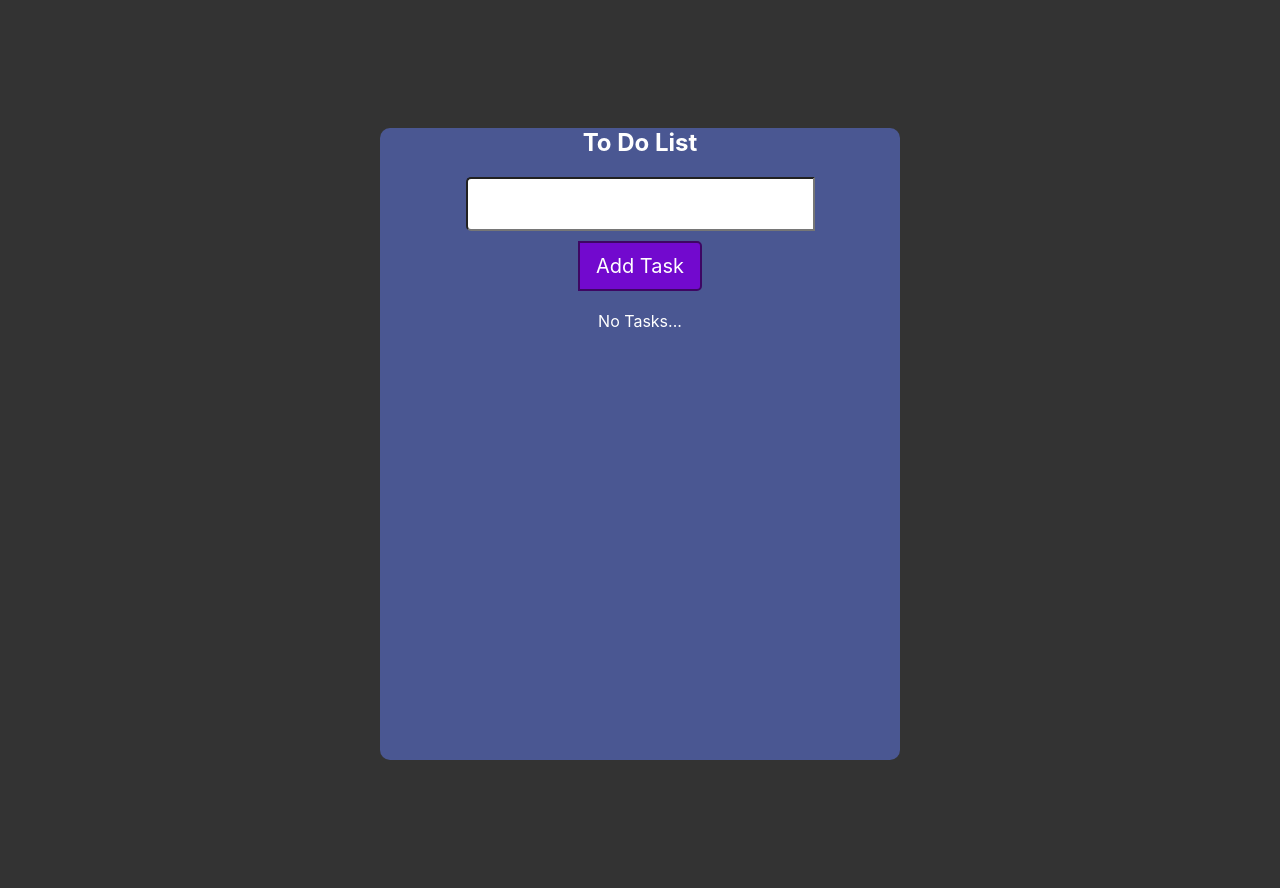
Repository: kirangautam45/ToDoList
Page: /
These files come from the project's save history. The page is drawn as it stood at one moment and after the next save; the edit follows.
The browser window is 1280 px wide. The pictures show the whole page.
The project was rebuilt for these pictures with package versions that can differ from the ones it lists, and the page was loaded fresh each time. Also part of the build but not shown: src/components/Update.js.

Above is the page before, as saved 2022-08-07 20:46:01.

### src/App.js
import { useState } from "react";
import TodoForm from "./components/TodoForm";
import Update from "./components/Update";
import ToDo from "./components/Todo";

import "./App.css";

function App() {
  // Tasks (To Do List) State
  const [toDo, setToDo] = useState([]);
  const [newTask, setNewTask] = useState("");
  const [updateData, setUpdateData] = useState("");

  // Add task
  const addTask = () => {
    if (newTask) {
      let num = toDo.length + 1;
      let newEntry = { id: num, title: newTask, status: false };
      setToDo([...toDo, newEntry]);
      setNewTask("");
    }
  };

  // Delete task
  const deleteTask = (id) => {
    let newTasks = toDo.filter((task) => task.id !== id);
    setToDo(newTasks);
  };

  // Mark task as completed
  const markDone = (id) => {
    let newTask = toDo.map((task) => {
      if (task.id === id) {
        return { ...task, status: !task.status };
      }
      return task;
    });
    setToDo(newTask);
  };

  // Cancel update
  const cancelUpdate = () => {
    setUpdateData("");
  };

  // Change task for update
  const changeTask = (e) => {
    let newEntry = {
      id: updateData.id,
      title: e.target.value,
      status: updateData.status ? true : false,
    };
    setUpdateData(newEntry);
  };

  // Update task
  const updateTask = () => {
    let filterRecords = [...toDo].filter((task) => task.id !== updateData.id);
    let updatedObject = [...filterRecords, updateData];
    setToDo(updatedObject);
    setUpdateData("");
  };
  // search task

  return (
    <div className="container">
      <h2>To Do List</h2>

      {updateData && updateData ? (
        <Update
          updateData={updateData}
          changeTask={changeTask}
          updateTask={updateTask}
          cancelUpdate={cancelUpdate}
        />
      ) : (
        <TodoForm newTask={newTask} setNewTask={setNewTask} addTask={addTask} />
      )}

      {toDo && toDo.length ? "" : "No Tasks..."}

      <ToDo
        toDo={toDo}
        markDone={markDone}
        setUpdateData={setUpdateData}
        deleteTask={deleteTask}
      />
    </div>
  );
}

export default App;

### src/components/TodoForm.js
import React from "react";

const TodoForm = ({ newTask, setNewTask, addTask }) => {
  return (
    <div>
      <div className="row">
        <div className="col">
          <input
            value={newTask}
            onChange={(e) => setNewTask(e.target.value)}
            className="form-control"
          />
        </div>
        <div className="col-auto">
          <button onClick={addTask} className="btn-success">
            Add Task
          </button>
        </div>
      </div>
      <br />
    </div>
  );
};

export default TodoForm;

### src/components/Todo.js
import React from "react";
import { FontAwesomeIcon } from "@fortawesome/react-fontawesome";
import {
  faCircleCheck,
  faPen,
  faTrashCan,
} from "@fortawesome/free-solid-svg-icons";
const Todo = ({ toDo, markDone, setUpdateData, deleteTask }) => {
  return (
    <div>
      {toDo &&
        toDo
          .sort((a, b) => (a.id > b.id ? 1 : -1))
          .map((task, index) => {
            return (
              <React.Fragment key={task.id}>
                <div className="col taskBg">
                  <div className={task.status ? "done" : ""}>
                    <span className="taskNumber">{index + 1}</span>
                    <span className="taskText">{task.title}</span>
                  </div>
                  <div className="iconsWrap">
                    <span
                      title="Completed / Not Completed"
                      onClick={(e) => markDone(task.id)}
                    >
                      <FontAwesomeIcon icon={faCircleCheck} />
                    </span>

                    {task.status ? null : (
                      <span
                        title="Edit"
                        onClick={() =>
                          setUpdateData({
                            id: task.id,
                            title: task.title,
                            status: task.status ? true : false,
                          })
                        }
                      >
                        <FontAwesomeIcon icon={faPen} />
                      </span>
                    )}

                    <span title="Delete" onClick={() => deleteTask(task.id)}>
                      <FontAwesomeIcon icon={faTrashCan} />
                    </span>
                  </div>
                </div>
              </React.Fragment>
            );
          })}
    </div>
  );
};

export default Todo;

### src/App.css
body {
  background-color: #333;
  color: #fff;
}

.container{

  flex-direction: column;
  justify-content: start;
  width: 520px;
  min-height: 600px;
  background: #4a5792;
  text-align: center;
  margin: 128px auto;
  border-radius: 10px;
  padding-bottom: 32px;
}

.taskBg {
  background-color: rgb(130, 94, 94);
  border-radius: 6px;
  margin-bottom: 20px;
  padding: 10px 140px 10px 15px;
  text-align: left;
  font-size: 22px;
  position: relative;
}

.taskBg div {
  display: flex;
  align-items: center;
}

.taskNumber {
  color: rgb(180, 84, 84);
  border: 1px solid rgb(108, 39, 39);
  border-radius: 50%;
  width: 26px;
  height: 26px;
  display: flex;
  text-align: center;
  font-size: 14px;
  margin-right: 8px;
  align-items: center;
  justify-content: center;
}

.taskBg .taskText {
  flex: 1;
}

.taskBg .done .taskText {
  text-decoration: line-through;
  opacity: 0.8;
}

.taskBg .iconsWrap {
  position: absolute;
  top: 50%;
  transform: translateY(-50%);
  right: 15px;
  width: auto;
  display: inline-block;
}

.taskBg .iconsWrap span {
  display: inline-block;
  margin: 0px 10px 0 10px;
  cursor: pointer;
  color: #94e2be;
}

.taskBg .iconsWrap span:hover {
  color: rgb(250, 250, 23);
}

.mr-20 {
  margin-right: 20px;
}
.btn-success{
  flex: 0.6;
    min-height: 50px;
    font-family: var(--font-family);
    font-weight: 400;
    font-size: 20px;
    line-height: 28px;
    background: #7209ce;
    border: 2px solid #3e0664;
    padding: 0 1rem;
    color: #fff;
    cursor: pointer;
    outline: none;
    margin-top: 2%;
    border-top-right-radius: 5px;
    border-bottom-right-radius: 5px;
}
.btn-warning{
  flex: 0.6;
  min-height: 50px;
  font-weight: 400;
  font-size: 20px;
  line-height: 28px;
  background: #FF4820;
  border: 2px solid #FF4820;
  padding: 0 1rem;
  color: #fff;
  margin-left: 10px;
  margin-top: 2%;
  cursor: pointer;
  outline: none;
  border-top-right-radius: 5px;
  border-bottom-right-radius: 5px;

}

.form-control{
  flex: 2;
  min-height: 50px;
  font-family: var(--font-family);
  font-weight: 400;
  font-size: 20px;
  line-height: 28px;
  padding: 0 1rem;
  outline: none;
  color: rgb(28, 27, 27);
  border-top-left-radius: 5px;
  border-bottom-left-radius: 5px;
}

Loaded but not shown: public/index.html (common file); src/index.js (common file); src/index.css (common file); src/reportWebVitals.js (common file)

After the next save:
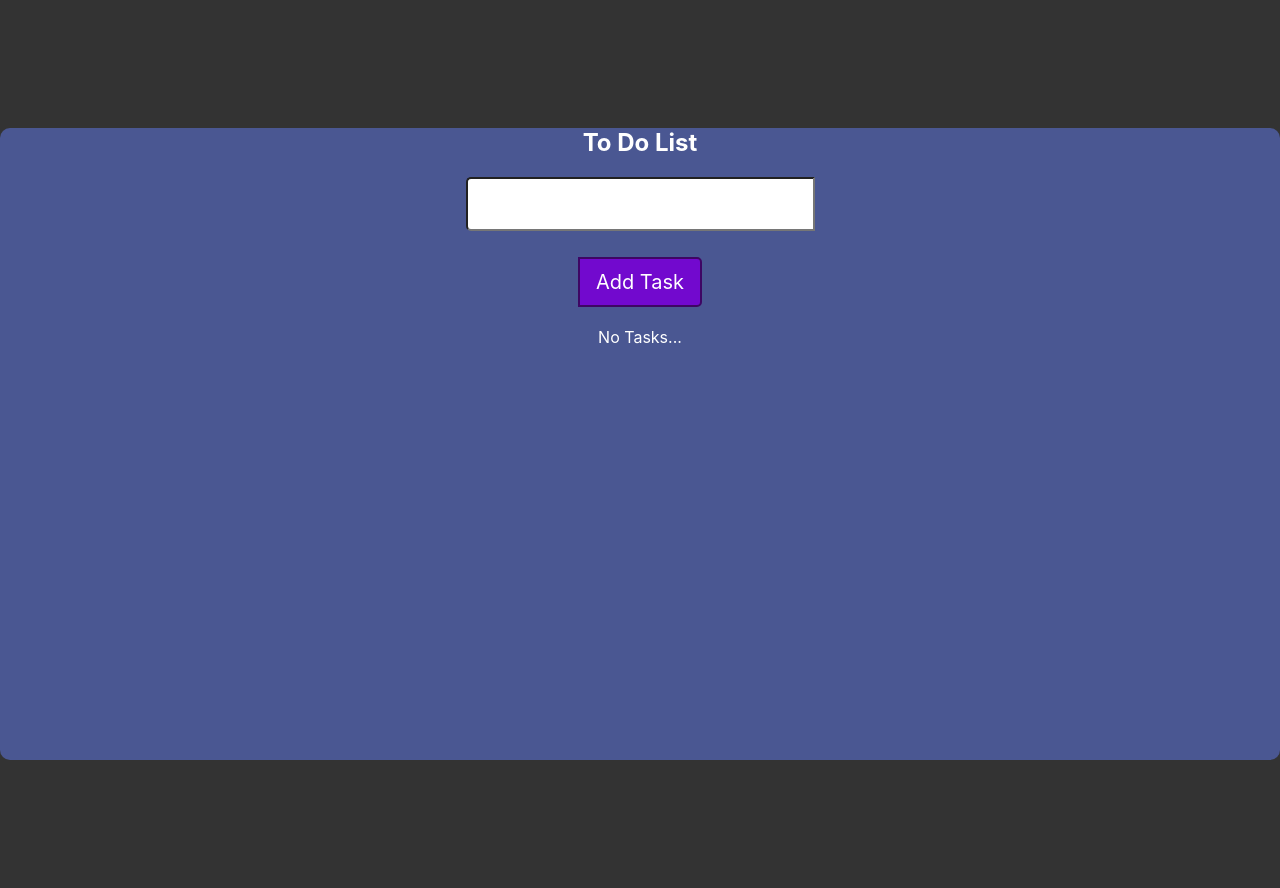
Saved 64 s later.
--- a/src/App.css
+++ b/src/App.css
@@ -7,7 +7,7 @@
 
   flex-direction: column;
   justify-content: start;
-  width: 520px;
+
   min-height: 600px;
   background: #4a5792;
   text-align: center;

After the save that followed:
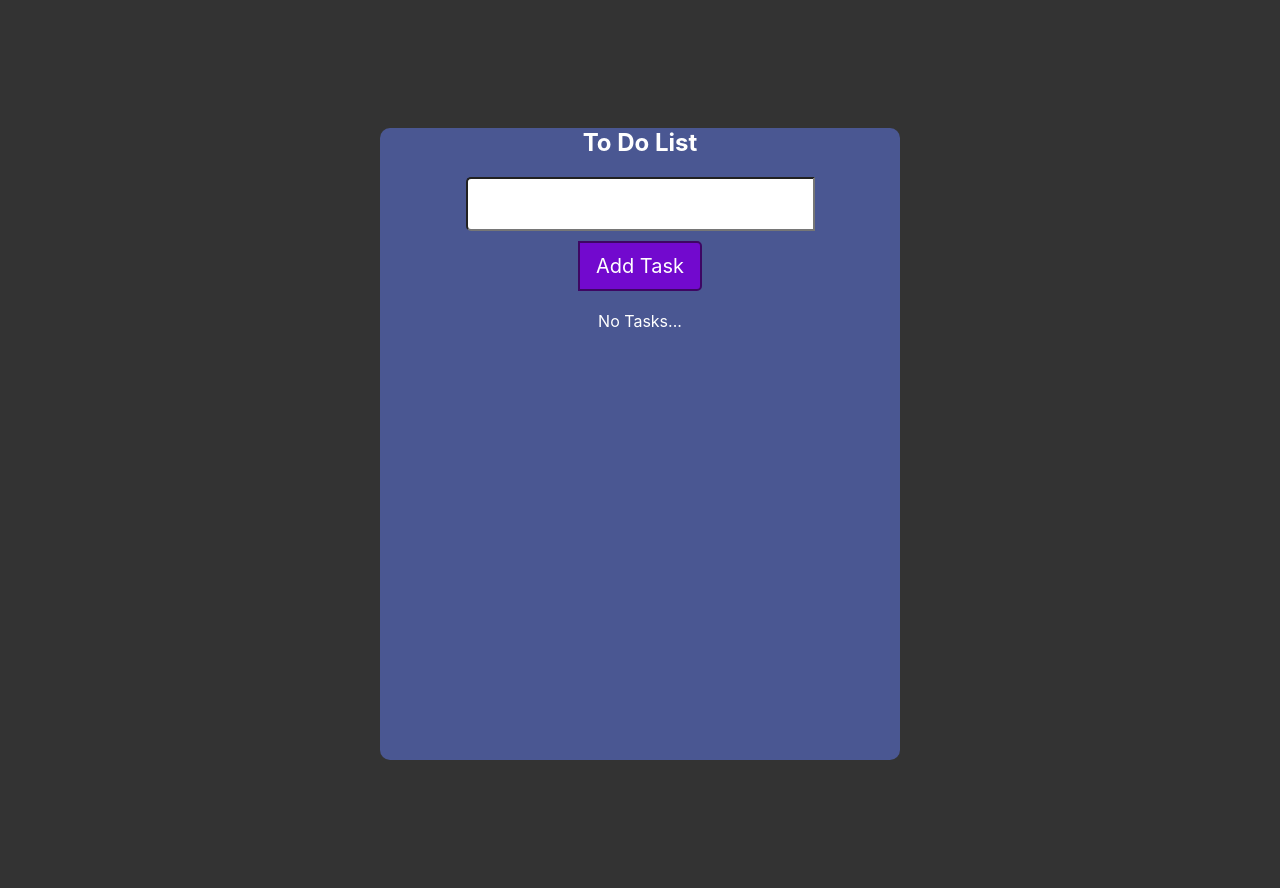
Saved 5 s later.
--- a/src/App.css
+++ b/src/App.css
@@ -7,7 +7,7 @@
 
   flex-direction: column;
   justify-content: start;
-
+  width: 520px;
   min-height: 600px;
   background: #4a5792;
   text-align: center;
